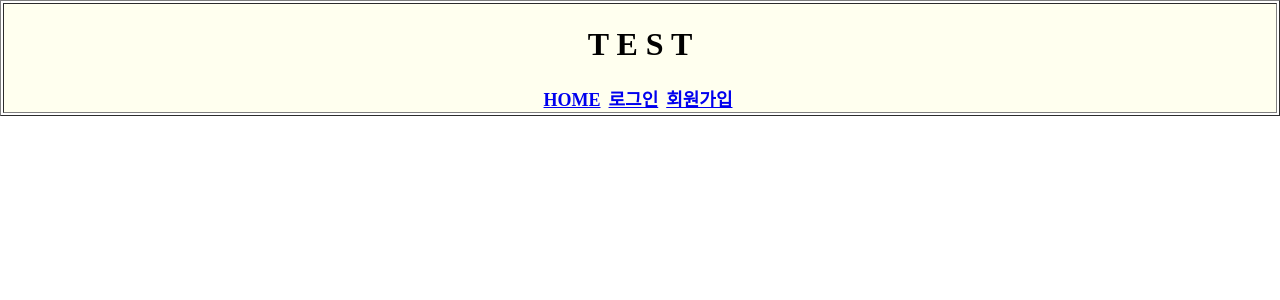
Repository: CHANGMAN-LEE/Java_ee
Page: workspace/test/WebContent/test/index.html
The author's editor kept a copy of each file at every save. The page is drawn from the files as they stood at one save, then again after the next save.
The browser window is 1280 px wide. The pictures show the whole page.

Above is the page before, as saved 2020-07-09 05:51:30.

After the next save:
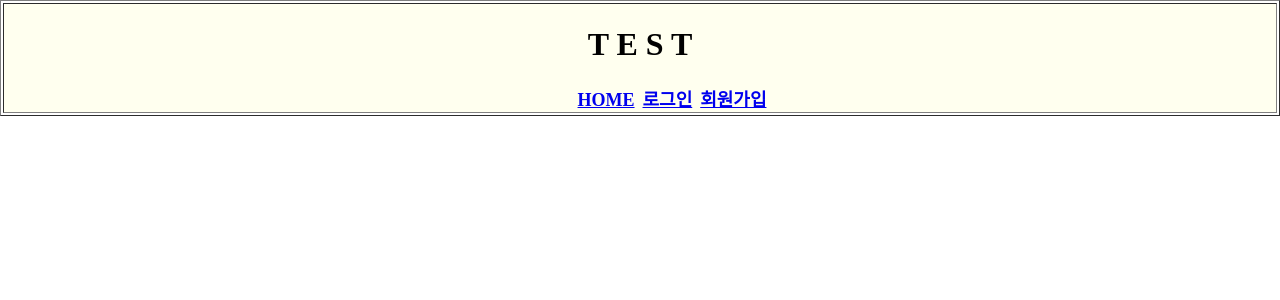
Saved 19 s later.
--- a/workspace/test/WebContent/test/index.html
+++ b/workspace/test/WebContent/test/index.html
@@ -9,6 +9,7 @@
 	<tr height="100" colspan="2" align="center" style="background-color:#FFFFEBCD">
 		<td align="center">
 			<h1>T E S T</h1>
+			&nbsp;&nbsp;&nbsp;&nbsp;&nbsp;&nbsp;&nbsp;&nbsp;&nbsp;&nbsp;&nbsp;&nbsp;&nbsp;&nbsp;&nbsp;&nbsp;
 			<a href="../test/index.html"><font size="4"><strong>HOME</strong></font></a>&nbsp;
 			<a href="../test/loginForm.jsp"><font size="4"><strong>로그인</strong></font></a>&nbsp;
 			<a href="../test/writeForm.jsp"><font size="4"><strong>회원가입</strong></font></a>&nbsp;
